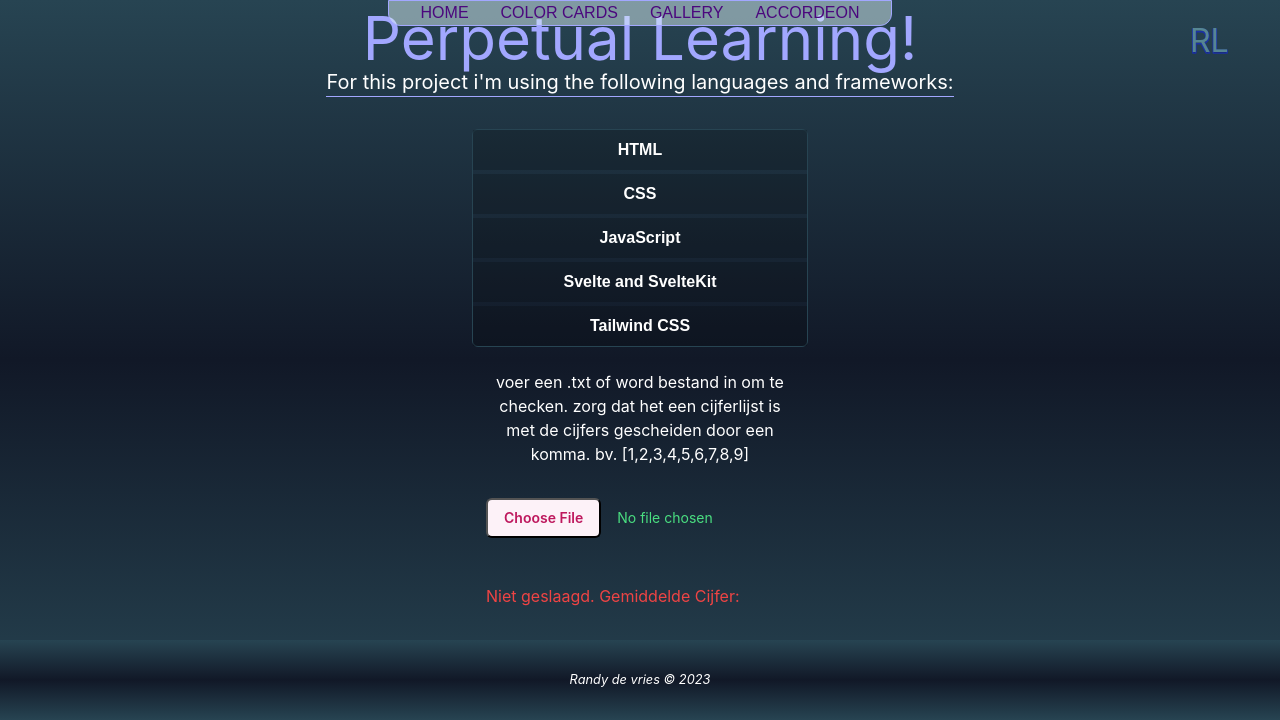
Repository: Freezler/svelte-app
Page: /links
The author's editor kept a copy of each file at every save. The page is drawn from the files as they stood at one save, then again after the next save.
The browser window is 1280 px wide. The pictures show the whole page.
The project was rebuilt for these pictures with package versions that can differ from the ones it lists, and the page was loaded fresh each time. The framework's server and built-in components were replaced by stand-ins that run in the browser. Also part of the build but not shown: svelte.config.js, vite.config.js.

Above is the page before, as saved 2023-11-12 12:14:58.

After the next save:
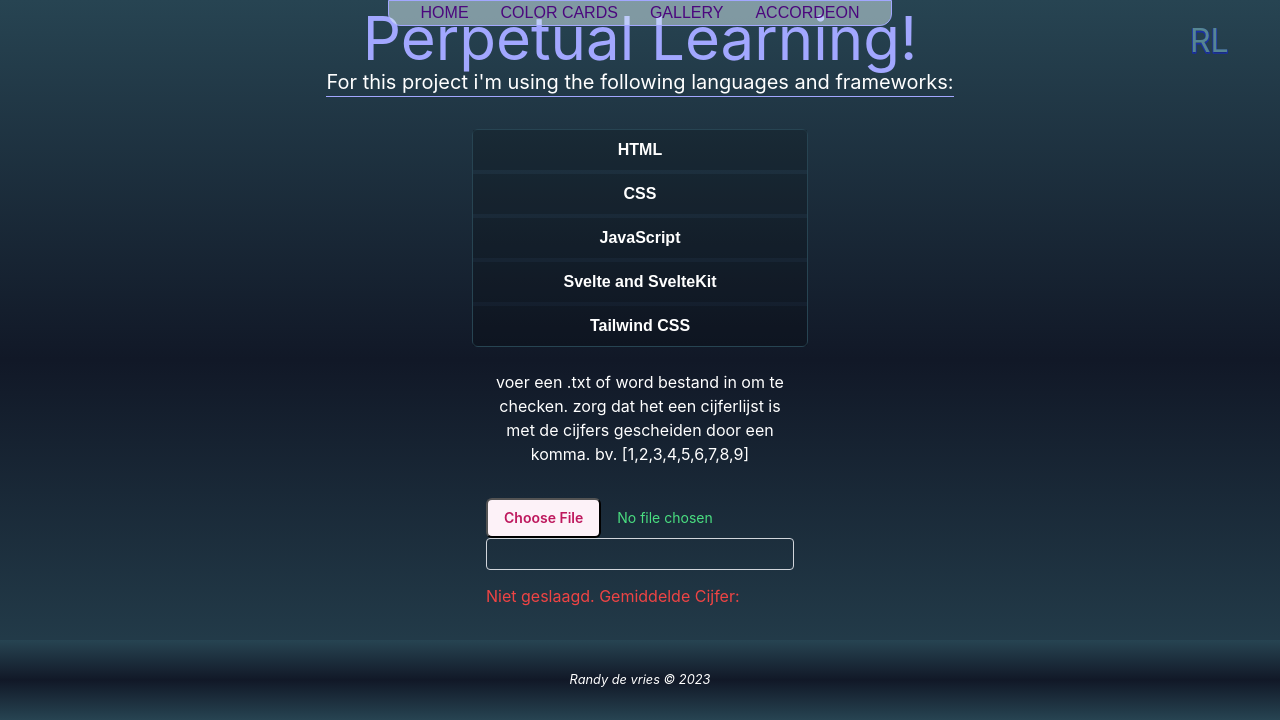
Saved 40 s later.
--- a/src/components/CijferlijstInput.svelte
+++ b/src/components/CijferlijstInput.svelte
@@ -49,7 +49,7 @@
 	  on:change={handleFileInput}
 	  class="valid:text-green-400 invalid:text-red-500 block w-full text-sm text-slate-500 file:mr-4 file:py-2 file:px-4 file:rounded-md file:border-1 file:text-sm file:font-semibold file:bg-pink-50 file:text-pink-700 hover:file:bg-pink-100"
 	/>
-	<textarea bind:value={fileContent} class="text-white h-[2rem] focus:outline-none resize-none w-full min-w-[fit-content] bg-transparent border-none select-none border-gray-300 rounded p-2"></textarea>
+	<textarea bind:value={fileContent} class="text-white h-[2rem] focus:outline-none resize-none w-full min-w-[fit-content] bg-transparent border-[1px] select-none border-gray-300 rounded p-2"></textarea>
 
 	{#if isSuccess}
 	  <h3 class="text-green-500 mt-2 mx-auto px-3 py-1">Van harte gefeliciteerd, je bent geslaagd! Gemiddelde Cijfer: {gemiddeldeCijfer}</h3>
